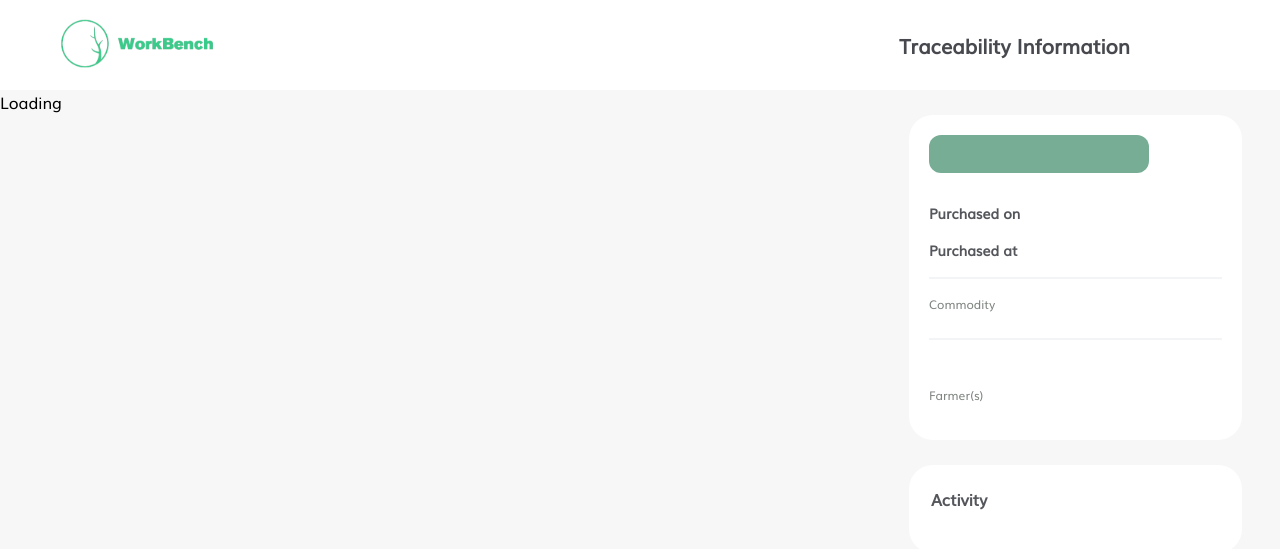
Repository: Hamezry/Traceability-Page
Page: /
These files come from the project's save history. The page is drawn as it stood at one moment and after the next save; the edit follows.
The browser window is 1280 px wide. The pictures show the whole page.
The page's requests for data from a server got no answer. The project was rebuilt for these pictures with package versions that can differ from the ones it lists, and the page was loaded fresh each time. No one was signed in, and anything a server would have sent is missing.

Above is the page before, as saved 2022-09-16 17:20:31.

### public/index.html
<!DOCTYPE html>
<html lang="en">
  <head>
    <meta charset="utf-8" />
    <meta name="viewport" content="width=device-width, initial-scale=1" />
    <meta name="theme-color" content="#000000" />
    <meta
      name="description"
      content="Web site created using create-react-app"
    />
    <link rel="preconnect" href="https://fonts.googleapis.com">
    <link rel="preconnect" href="https://fonts.gstatic.com" crossorigin>
    <!-- <link href="https://fonts.googleapis.com/css2?family=Mulish:wght@300;400;600&display=swap" rel="stylesheet"> -->
    <title>Traceability page</title>
  </head>
  <body>
    <noscript>You need to enable JavaScript to run this app.</noscript>
    <div id="root"></div>

  </body>
</html>

### src/index.css
@tailwind base;
@tailwind components;
@tailwind utilities;

@font-face {
    font-family: 'Muli';
    src: local('Muli'), url("./fonts/Muli-Regular.ttf") format("truetype");
}


@font-face {
    font-family: 'Muli';
    src: url('./fonts/Muli-Regular.ttf') format("truetype");
}

body {
    font-family: 'Muli' !important;
}

### src/App.js
import './index.css';
import Navbar from './components/Navbar';
import Information from './components/Information';
import Sidemap from './components/Sidemap';
import { BrowserRouter, Route, Routes } from 'react-router-dom';

function App() {
  return (
    <BrowserRouter>

      <Routes>

          <Route path='/' element={
            <div>
              <Navbar />
              <div className="lg:flex lg:justify-between w-full  lg:h-[calc(100vh-90px)] lg:overflow-y-hidden bg-[#f8f7f7]">
                <Sidemap />
                <Information />
              </div>

            </div>

          } />

      </Routes>
    </BrowserRouter>
  );
}

export default App;

### src/components/Navbar.js
import React from 'react'
import logo from '../Assets/logo.svg'

const Navbar = () => {
  return (
    <div className='w-full flex justify-center h-[90px] bg-white sticky font-muli  z-30  top-0 lg:items-center lg:justify-between '>

        <img src= {logo} alt='nav-icon' className='h-[80px] w-[188px] lg:ml-[50px]'/>
        <p className='hidden lg:block mr-[230px] xl:mr-[150px] 2xl:mr-[320px] text-[#47494E] font-semibold  text-[20px]'>Traceability Information</p>

    </div>
  )
}

export default Navbar

### src/components/Information.js
import React, { useEffect, useState } from 'react'
import image1 from '../Assets/image-2.png'
import purchased from '../Assets/purchase.svg'
import axios from 'axios'
import { useLocation } from 'react-router-dom'



function Information() {

    const [list, setList] = useState([])
    const search = useLocation().search;
    const qr_code = new URLSearchParams(search).get('qr_code')

    useEffect(() => {
        axios.get(`https://wb3test.afexnigeria.com/WB3/api/v1/traceability/info/${qr_code}`)
            .then(res => {
                setList(res.data.data)
                console.log(res.data)
            }).catch(err => {
                console.log(err)
            })
    }, [qr_code])


    return (
        <div className='lg:h-full  lg:w-[32%] font-muli lg:overflow-y-auto'>

            <div id="TQC" className=" z-10  top-0 flex lg:flex  flex-col px-[20px]">

                <div className="flex-1 flex bg-white lg:w-[90%] lg:mx-auto lg:mt-[25px] flex-col h-[556px] p-[20px] rounded-3xl">

                    {/*TQC */}
                    <div className='mb-4 border-b-2 border-b-gray-100 '>
                        <div className='bg-[#76AD94] text-white text-center py-2 font-semibold text-[16px] max-w-[220px] h-[38px] mb-[30px] rounded-xl'> <p>{list.qr_code}</p></div>
                        <p className='text-[#54565B] text-[14px] mb-4 font-semibold'>Purchased on <span className='font-normal'>{list.purchased_on}</span></p>
                        <p className=' text-[#54565B] text-[14px] mb-4 font-semibold'>Purchased at <span className='font-normal'>{list.purchased_at}</span></p>

                    </div>

                    <div className='mb-4 border-b-2  border-b-gray-100 '>
                        <p className='text-[#7C827D] text-[12px] mb-[25px] '>Commodity</p>
                        <p className='text-[#47494E] text-[14px] mb-4 font-medium '>{list.commodity}</p>

                    </div>

                    <div className='mt-[30px] mb-4'>

                        <p className='text-[#7C827D] text-[12px]'>Farmer(s)</p>

                        {
                            list?.farmers?.map((item, index) => {
                                return (
                                    <div key={index} className='w-[232px] h-[71px] shadow p-3 flex items-center mt-[20px] rounded-xl'>
                                        <img src={image1} alt='profilepic' />
                                        <p className='text-[#47494E] text-[16px] ml-5  font-medium '>{item.first_name} {item.last_name}<br /> <span className='text-[#707673] text-[12px]'>{item.age} years &nbsp; | &nbsp;  {item.gender}</span></p>
                                    </div>
                                )
                            })
                        }



                    </div>


                </div>



            </div>




            <div id="Activity" className=" top-0 flex lg:flex flex-shrink-0 flex-col px-[20px] transition-width duration-75">

                <div className="flex-1 flex bg-white lg:w-[90%] lg:mx-auto mt-[25px] mb-5 flex-col  h-[900px] p-[22px] rounded-3xl ">

                    <p className='text-[#54565B] mb-5 font-semibold text-[16px]'>Activity</p>

                    {list?.activities?.map((item, index) =>

                        <div key={index} className='flex 2xl:justify-between stroke-amber-50 text-[#7C827D] 2xl:px-5 lg:px-0 text-[11px]'>

                            <div className='flex gap-2 xl:gap-2 md:gap-8'>

                                <div className='flex flex-col items-center'>
                                    <img src={purchased} alt='recp' />
                                    <div className='border border-dotted border-[#7C827D] min-h-[100px] max-h-[120px] w-[1px]'></div>

                                </div>
                                <div className='flex flex-col lg:w-[180px] md:w-[270px] w-[130px]' >
                                    <p className='font-semibold mt-2 lg:text-[13px]'>{item.action} </p>
                                    <span className='text-[#7C827D] text-[9px] mt-2 lg:text-[11px]'>{item.description}</span>
                                </div>



                            </div>
                            <p className='text-[#76AD94] text-[9px] mt-2 xl:text-[10px]'> <span>{item.created}</span> </p>

                        </div>
                    )}






                </div>





            </div>


        </div>);
}

export default Information

### src/components/Sidemap.js
import React from 'react'
import {useJsApiLoader, GoogleMap, Marker} from '@react-google-maps/api';

const center = {lat:48.8584, lng:2.294}

function Sidemap() {

  const { isLoaded } = useJsApiLoader({
    googleMapsApiKey:process.env.REACT_APP_GOOGLE_MAPS_API_KEY,
  });

  if (!isLoaded){
    return <h1>Loading</h1>
  }
  return (

    <div class= "h-[600px] w-full lg:h-[calc(100vh-90px)] lg:w-[68%]">

      <div className='hidden lg:block p-4 lg:p-0 lg:w-full h-[100%]'>
          <GoogleMap
          mapContainerStyle={{width:'100%', height:'100%'}}
          center={center} zoom={15}
          options={{
            zoomControl:false,
            streetViewControl:false,
            mapTypeControl:false,
            fullscreenControl:false,
          }}
          >
            <Marker position={center}/>

          </GoogleMap>
      </div>

      <div className='lg:hidden p-4 lg:p-0 lg:w-full h-[100%]'>
          <GoogleMap
          mapContainerStyle={{width:'100%', height:'100%', borderRadius:'50px'}}
          center={center} zoom={15}
          options={{
            zoomControl:false,
            streetViewControl:false,
            mapTypeControl:false,
            fullscreenControl:false,
          }}
          >
            <Marker position={center}/>

          </GoogleMap>
      </div>


    </div>

  )
}

export default Sidemap

### tailwind.config.js

/** @type {import('tailwindcss').Config} */
module.exports = {
  content: [
    "./src/**/*.{js,jsx,ts,tsx}",
  ],
  theme: {
    extend: {
      fontFamily:{
        'Muli':['Muli', 'san-serif']
      }
    },
  },
  plugins: [],
}

Loaded but not shown: src/index.js (common file)

After the next save:
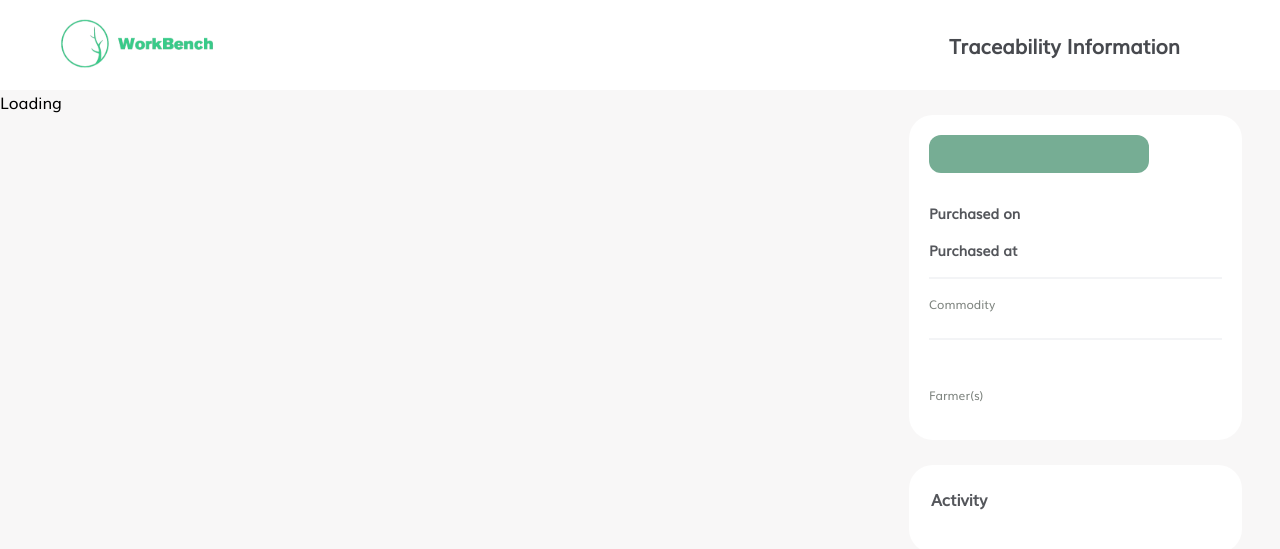
Saved 11 s later.
--- a/src/components/Navbar.js
+++ b/src/components/Navbar.js
@@ -6,7 +6,7 @@ const Navbar = () => {
     <div className='w-full flex justify-center h-[90px] bg-white sticky font-muli  z-30  top-0 lg:items-center lg:justify-between '>
 
         <img src= {logo} alt='nav-icon' className='h-[80px] w-[188px] lg:ml-[50px]'/>
-        <p className='hidden lg:block mr-[230px] xl:mr-[150px] 2xl:mr-[320px] text-[#47494E] font-semibold  text-[20px]'>Traceability Information</p>
+        <p className='hidden lg:block mr-[230px] xl:mr-[100px] 2xl:mr-[320px] text-[#47494E] font-semibold  text-[20px]'>Traceability Information</p>
 
     </div>
   )
